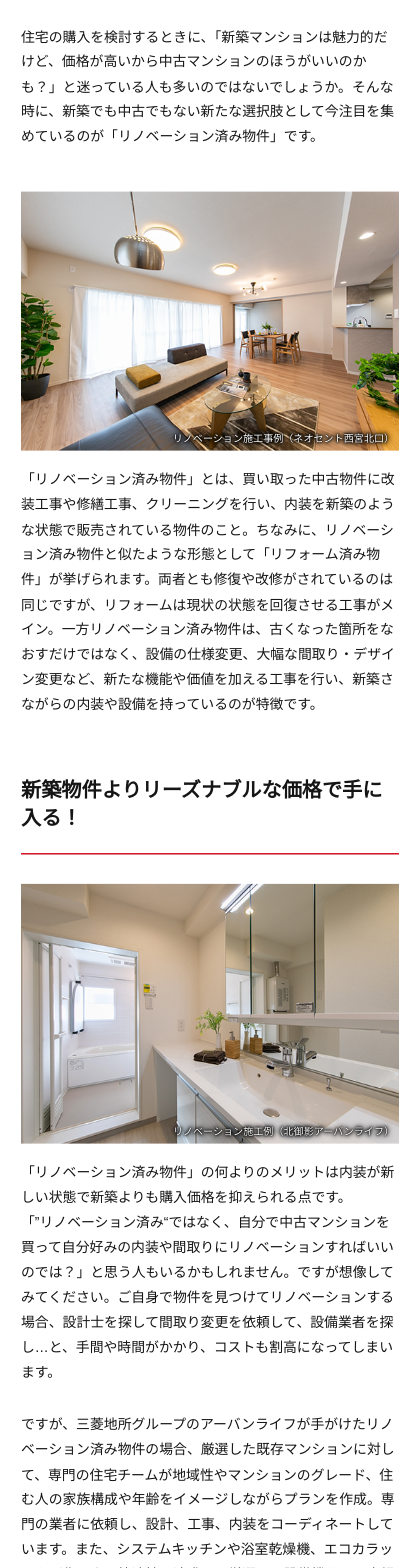
Repository: duongspm/group-kansai_new-data
Page: group-kansai_new/pickup/column07.html
An editor plug-in stored every save of this project. The page is shown before and after the next save, followed by the edit.
The browser window is 600 px wide. The pictures show the part of the page from y = 1594 to 3834 px (the page is 8707 px tall before and 8683 px after), at 70% of full size.

Above is the page before, as saved 2023-07-03 08:46:08.

After the next save:
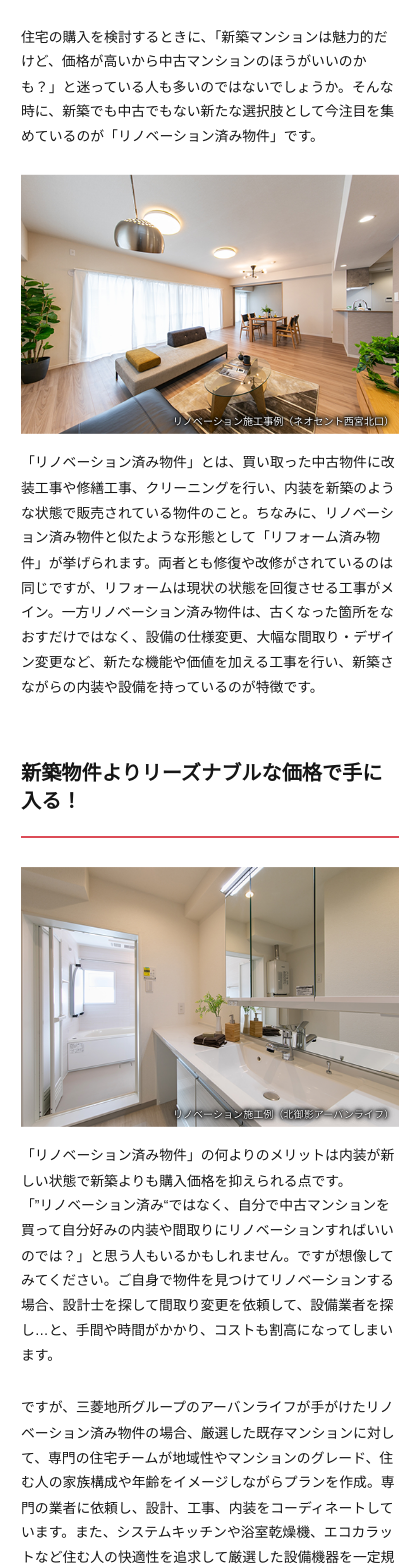
Saved 11 s later.
--- a/group-kansai_new/pickup/css/column.css
+++ b/group-kansai_new/pickup/css/column.css
@@ -298,7 +298,7 @@
     }
     .column07__order-1{
         order: -1;
-        margin-bottom: 5rem;
+        margin-bottom: 3rem;
     }
     /* .column07:hover:after{
         border: solid #ffffff;
